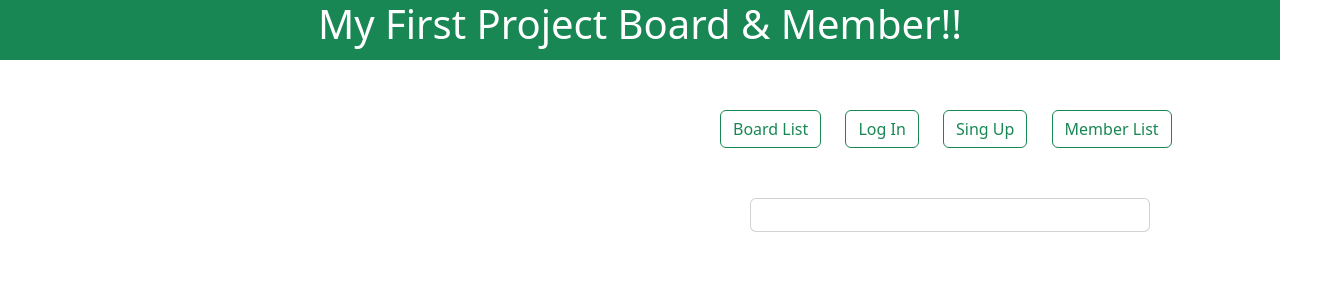
Repository: Raneechoi/java2022_09_03
Page: http://localhost/Project/mem/login_auth
The author's editor kept a copy of each file at every save. The page is drawn from the files as they stood at one save, then again after the next save.
The browser window is 1280 px wide. The page is 1320 px wide, then 1325 px, so the pictures cover 1325 px, including what lies to the right of the window. The pictures show the whole page.
The page is served by Tomcat 9. Queries for data that is not in the repository find no rows.

Above is the page before, as saved 2022-12-08 06:17:47.

After the next save:
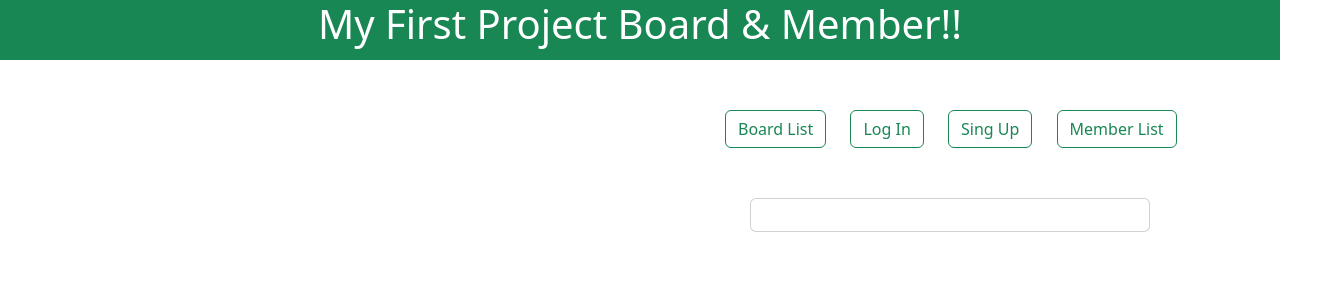
Saved 9 s later.
--- a/JSP_Board&Member/Project/src/main/webapp/index.jsp
+++ b/JSP_Board&Member/Project/src/main/webapp/index.jsp
@@ -16,7 +16,7 @@
 	<h1 style="text-align: center;">My First Project Board & Member!!</h1>
 </div>
 
-<div style="width: 600px; display:inline-block; margin-left: 720px; margin-top: 50px;">
+<div style="width: 600px; display:inline-block; margin-left: 725px; margin-top: 50px;">
 		<a href="/bor/pageList" style="margin-right: 20px"><button class="btn btn-outline-success">Board List</button></a>
 		<a href="/mem/login" style="margin-right: 20px"><button class="btn btn-outline-success">Log In</button></a>
 		<a href="/mem/join" style="margin-right: 20px"><button class="btn btn-outline-success">Sing Up</button></a>
